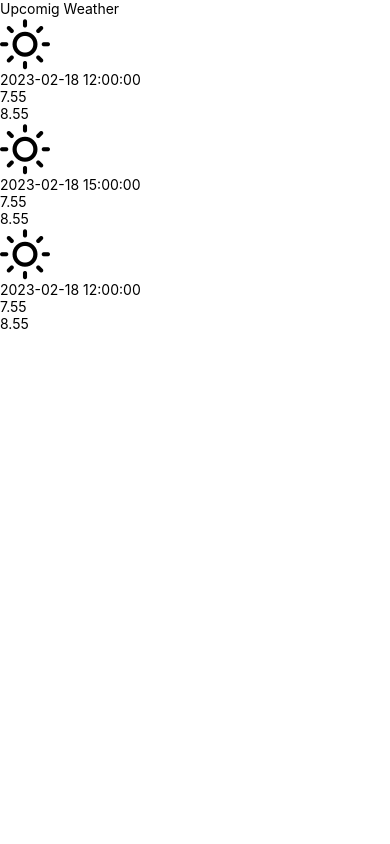
Repository: akinmiday/fcc
Screen: / (app in WeatherApp/)
An editor plug-in stored every save of this project. The screen is shown before and after the next save, followed by the edit.
The app was drawn by React Native's web renderer in a window 390 px wide. The project was rebuilt for these pictures with package versions that can differ from the ones it lists, and the page was loaded fresh each time. Also part of the build but not shown: WeatherApp/src/components/CurrentWeather.js.

Above is the screen before, as saved 2023-07-19 07:47:00.

### WeatherApp/App.js
import React from "react"
import { View, StyleSheet } from "react-native"
import CurrentWeather from "./src/components/CurrentWeather"
import UpcomingWeather from "./src/components/UpcomingWeather"

const App = () => {
  return (
    <View style={styles.container}>
      <UpcomingWeather />
    </View>
  )
}

const styles = StyleSheet.create({
  container: {
    flex: 1
  }
})

export default App

### WeatherApp/src/components/UpcomingWeather.js
import React from "react"
import { SafeAreaView, StyleSheet, Text, FlatList, View } from "react-native"
import { Feather } from "@expo/vector-icons"

const DATA = [
  {
    dt_txt: "2023-02-18 12:00:00",
    main: {
      temp_max: 8.55,
      temp_min: 7.55
    },
    weather: [
      {
        main: "Clear"
      }
    ]
  },

  {
    dt_txt: "2023-02-18 15:00:00",
    main: {
      temp_max: 8.55,
      temp_min: 7.55
    },
    weather: [
      {
        main: "Clouds"
      }
    ]
  },
  {
    dt_txt: "2023-02-18 12:00:00",
    main: {
      temp_max: 8.55,
      temp_min: 7.55
    },
    weather: [
      {
        main: "Rain"
      }
    ]
  }
]

const Item = (props) => {
  const { dt_txt, min, max, condition } = props
  return (
    <View>
      <Feather name="sun" size={50} color="black" />
      <Text>{dt_txt}</Text>
      <Text>{min}</Text>
      <Text>{max}</Text>
    </View>
  )
}

const UpcomingWeather = () => {
  const renderItem = ({ item }) => (
    <Item
      condition={item.weather[0].main}
      dt_txt={item.dt_txt}
      min={item.main.temp_min}
      max={item.main.temp_max}
    ></Item>
  )
  return (
    <SafeAreaView style={styles.container}>
      <Text>Upcomig Weather</Text>
      <FlatList data={DATA} renderItem={renderItem} />
    </SafeAreaView>
  )
}

const styles = StyleSheet.create({
  container: {
    flex: 1
  }
})

export default UpcomingWeather

After the next save:
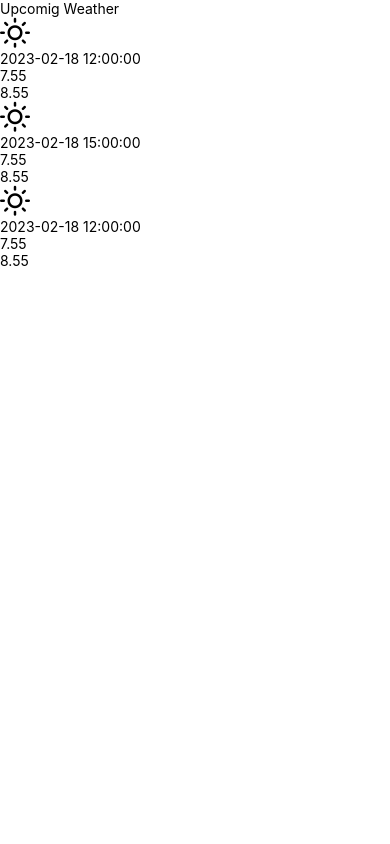
Saved 50 s later.
--- a/WeatherApp/src/components/UpcomingWeather.js
+++ b/WeatherApp/src/components/UpcomingWeather.js
@@ -46,7 +46,7 @@
   const { dt_txt, min, max, condition } = props
   return (
     <View>
-      <Feather name="sun" size={50} color="black" />
+      <Feather name="sun" size={30} color="black" />
       <Text>{dt_txt}</Text>
       <Text>{min}</Text>
       <Text>{max}</Text>

After the save that followed:
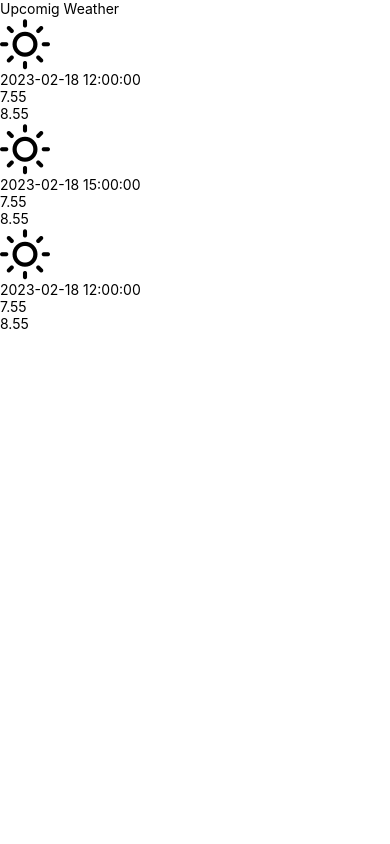
Saved 5 s later.
--- a/WeatherApp/src/components/UpcomingWeather.js
+++ b/WeatherApp/src/components/UpcomingWeather.js
@@ -46,7 +46,7 @@
   const { dt_txt, min, max, condition } = props
   return (
     <View>
-      <Feather name="sun" size={30} color="black" />
+      <Feather name="sun" size={50} color="black" />
       <Text>{dt_txt}</Text>
       <Text>{min}</Text>
       <Text>{max}</Text>
